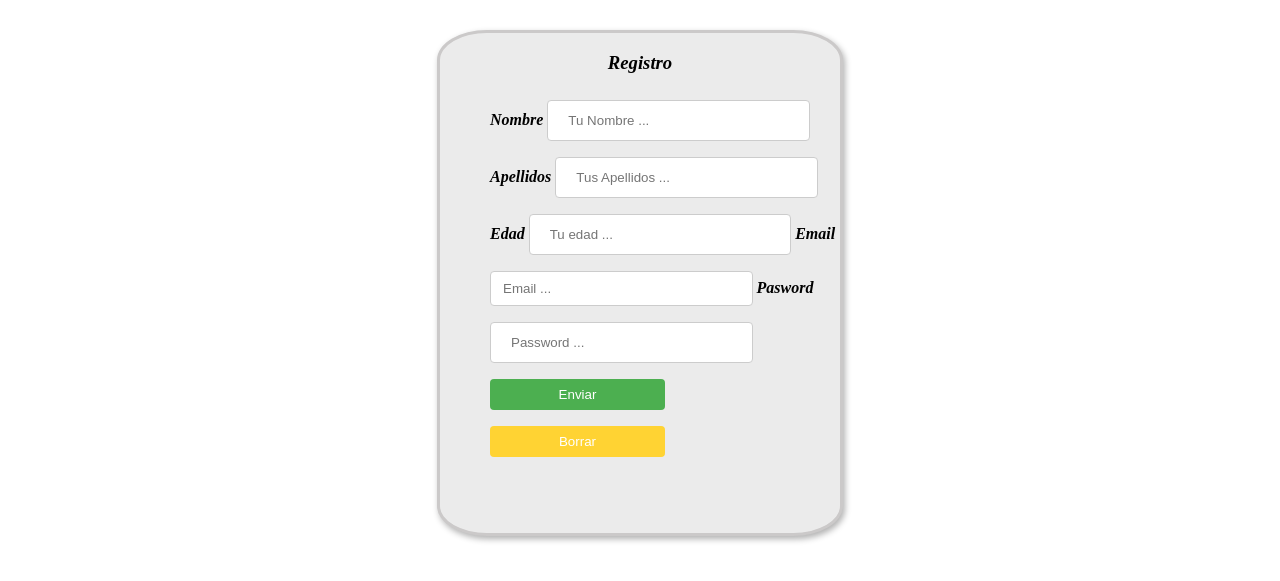
Repository: nachmz42/ProyectoJoker
Page: http://localhost/Joker/registro.jsp
The author's editor kept a copy of each file at every save. The page is drawn from the files as they stood at one save, then again after the next save.
The browser window is 1280 px wide. The pictures show the whole page.
The page is served by Tomcat 9.

Above is the page before, as saved 2021-07-02 13:03:08.

After the next save:
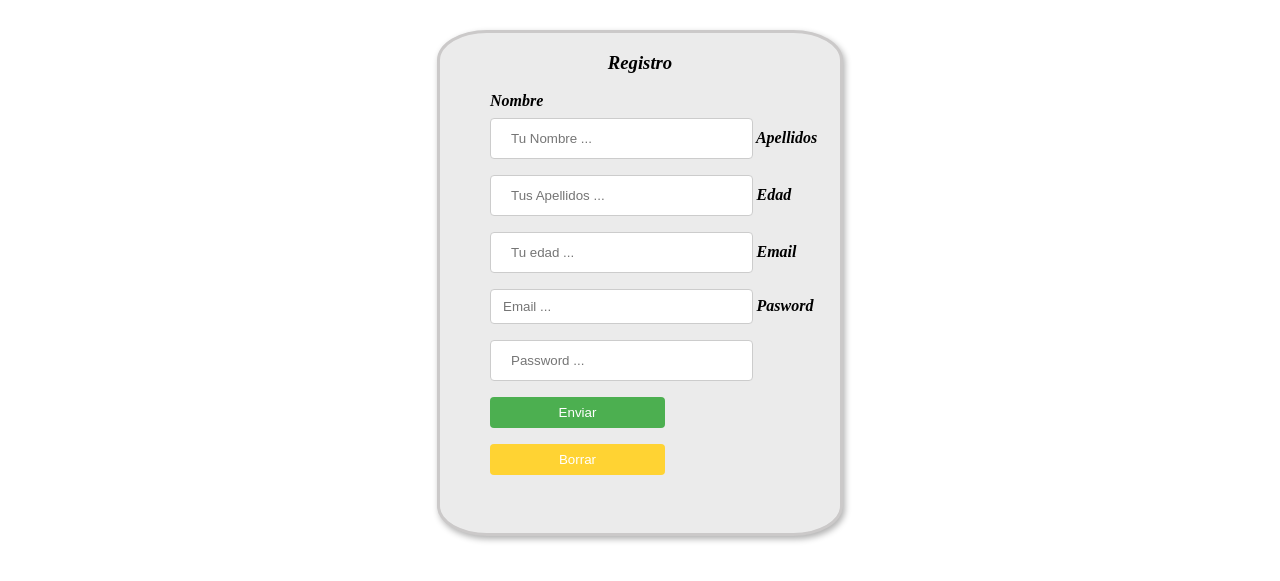
Saved 29 s later.
--- a/Joker/src/main/webapp/registro.jsp
+++ b/Joker/src/main/webapp/registro.jsp
@@ -15,19 +15,19 @@
 
 <div class="form2">
   <form action="/Joker/ServletResgistro" method="post">
-    <label for="nombre">Nombre</label>
+    <label for="nombre">Nombre</label><br>
     <input type="text" id="nombre" name="nombre" placeholder="Tu Nombre ...">
 
-    <label for="apellidos">Apellidos</label>
+    <label for="apellidos">Apellidos</label><br>
     <input type="text" id="apellidos" name="apellidos" placeholder="Tus Apellidos ...">
 
-    <label for="edad">Edad</label>
+    <label for="edad">Edad</label><br>
     <input type="text" id="edad" name="edad" placeholder="Tu edad ...">
 
-    <label for="email">Email</label>
+    <label for="email">Email</label><br>
     <input type="email" id="email" name="email" placeholder="Email ...">
 
-    <label for="password">Pasword</label>
+    <label for="password">Pasword</label><br>
     <input type="text" id="password" name="password" placeholder="Password ...">
 
     <input type="submit" value="Enviar"><br>
